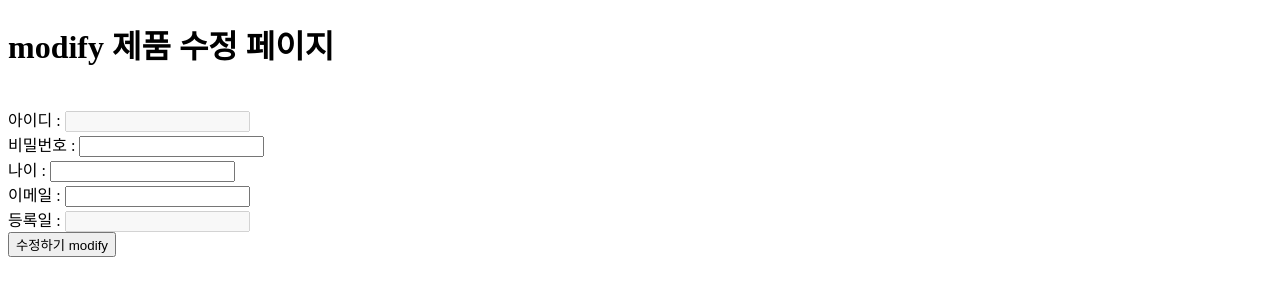
Repository: WoodongMaster/JSP_Workspace
Page: http://localhost/jsp_project2/member/modify.jsp
These files come from the project's save history. The page is drawn as it stood at one moment and after the next save; the edit follows.
The browser window is 1280 px wide. The pictures show the whole page.
The page is served by Tomcat 9. Other server files are loaded and not shown. The template is opened directly, without the code that normally fills it, so the values that code supplies are empty.

Above is the page before, as saved 2023-05-15 05:30:50.

### jsp_project2/jsp_project/jsp_project2/src/main/webapp/member/modify.jsp
<%@ page language="java" contentType="text/html; charset=UTF-8"
    pageEncoding="UTF-8"%>
<!DOCTYPE html>
<html>
<head>
<meta charset="UTF-8">
<title>modify page</title>
</head>
<body>
		<h1>modify 제품 수정 페이지</h3>

	<br>

	<form action="mem/modify" method="post">
		아이디 : <input type="text" name="id" value="${mvo.id }" disabled="disabled"> <br>
		비밀번호 : <input type="password" name="password" value="${mvo.password }"> <br>
		나이 : <input type="text" name="age" value="${mvo.age }"> <br>
		이메일 : <input type="text" name="email" value="${mvo.email }" > <br>
		등록일 : <input type="text" name="reg_date" value="${mvo.reg_date }" disabled="disabled"> <br>

		<button type="submit">수정하기 modify</button>
	</form>
</body>
</html>

After the next save:
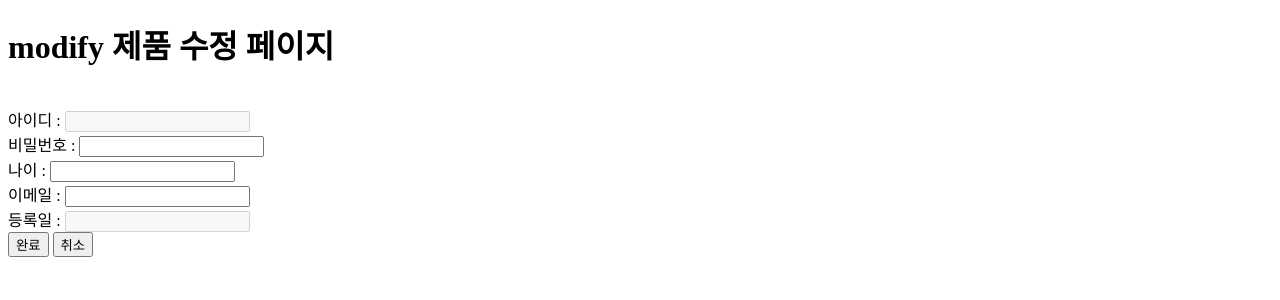
Saved 90 s later.
--- a/jsp_project2/jsp_project/jsp_project2/src/main/webapp/member/modify.jsp
+++ b/jsp_project2/jsp_project/jsp_project2/src/main/webapp/member/modify.jsp
@@ -18,7 +18,8 @@
 		이메일 : <input type="text" name="email" value="${mvo.email }" > <br>
 		등록일 : <input type="text" name="reg_date" value="${mvo.reg_date }" disabled="disabled"> <br>
 
-		<button type="submit">수정하기 modify</button>
+		<button type="submit">완료</button>
+		<a href="/"><button type="submit">취소</button></a>
 	</form>
 </body>
 </html>
